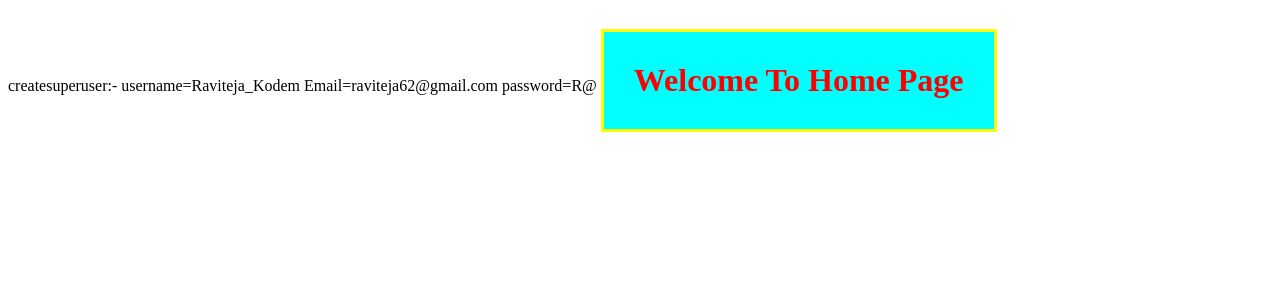
Repository: Raviteja6671/Django
Page: http://localhost/home/
The author's editor kept a copy of each file at every save. The page is drawn from the files as they stood at one save, then again after a run of saves.
The browser window is 1280 px wide. The pictures show the whole page.
The page is served by the project's application, run on Django 5.2 (myProject/manage.py). Other server files are loaded and not shown.

Above is the page before, as saved 2025-12-07 19:52:28.

### myProject/basic/templates/home.html
<!DOCTYPE html>
<html lang="en">
<head>
    <meta charset="UTF-8">
    <meta name="viewport" content="width=device-width, initial-scale=1.0">
    <title>Document</title>
    <style>
        h1{
            background-color: aqua;
            color: red;
            border: 3px solid yellow;
            display: inline-block;
            padding: 30px;
        }
    </style>
    createsuperuser:-
    username=Raviteja_Kodem
    Email=raviteja62@gmail.com
    password=R@
</head>
<body>
    <h1>Welcome To Home Page</h1>
</body>
</html>

### myProject/basic/middleware.py
from django.http import JsonResponse
import re
import json
import jwt
from django.conf import settings

class BasicMiddleware:
    def __init__(self,get_response):
        self.get_response = get_response

    def __call__(self,request):
        print(request,"hello")
        if(request.path=="/student/"):
            print(request.method,"method")
            print(request.path)
        response=self.get_response(request)
        return response

# class signupMiddleware:
#     def __init__(self,get_response):
#         self.get_response = get_response
#     def __call__(self, request):
#         data = json.loads(request.body)
#         username=data.get('username')
#         email=data.get("email")
#         dob=data.get("dob")
#         password=data.get("pswd")


class basicMiddleware:
    def __init__(self, get_response):
        self.get_response = get_response
        # Define the list of specific URLs to monitor
        self.target_urls = [
            "/add_stu/",
            "/students/",
            "/student/",
            "/health/",
        ]

    def __call__(self, request):
        path = request.path
        print(f"Incoming request → {path}")

        if path in self.target_urls or path.startswith("/student/"):
            print("Middleware is Active for this URL")
            print(f"Method Used → {request.method}")
            print(f"Full Path → {path}")

            # Exp1 Block POST requests for testing
            if path == "/add_stu/" and request.method == "POST":
                print("⚠️ POST request detected on /add_stu/")

            # Exp2 Print user-agent header
            user_agent = request.META.get("HTTP_USER_AGENT", "Unknown")
            print(f"User-Agent: {user_agent}")

        response = self.get_response(request)

        #Exp3 Post-response actions
        if path.startswith("/students/"):
            print("Response successfully returned for student_related URL")

        return response


# 17/11/2025 class task

class SscMiddleware:
    def __init__(self, get_response):
        self.get_response = get_response
    def __call__(self, request):
        if request.path in ["/job1/", "/job2/"]:
            ssc_result = request.GET.get("ssc", "False")
            if ssc_result != "True":
                return JsonResponse({"error": "you should qualify atleast SSC for applying this job"},status=400)
        return self.get_response(request)


class MedicalMiddleware:
    def __init__(self, get_response):
        self.get_response = get_response
    def __call__(self, request):
        if request.path == "/job1/":
            medical_fit_result = request.GET.get("medically_fit", "False")
            if medical_fit_result != "True":
                return JsonResponse(
                    {"error": "your not Medically fit to apply for this job role"},
                    status=400)
        return self.get_response(request)


class AgeMiddleware:
    def __init__(self, get_response):
        self.get_response = get_response
    def __call__(self, request):
        if request.path in ["/job1/", "/job2/"]:
            age = int(request.GET.get("age", 17))
            if age < 18 or age > 25:
                return JsonResponse(
                    {"error": "age must be in between 18 too 25"},
                    status=400)
        return self.get_response(request)





#18/11/2025 class task


class UsernameMiddleware:
    def __init__(self, get_response):
        self.get_response = get_response

    def __call__(self, request):
        if request.path == "/signup/" and request.method == "POST":
            # Read JSON only once
            if not hasattr(request, "json_data"):
                try:
                    request.json_data = json.loads(request.body)
                except:
                    return JsonResponse({"error": "Invalid JSON"}, status=400)
            data = request.json_data
            username = data.get("username", "")
            if not username:
                return JsonResponse({"error": "Username is Required"}, status=400)
            if len(username) < 3 or len(username) > 20:
                return JsonResponse({"error": "Username must be 3 to 20 characters"}, status=400)
            if username[0] in "._" or username[-1] in "._":
                return JsonResponse({"error": "Username cannot start or end with . or _"}, status=400)
            if not re.match(r"^[a-zA-Z0-9._]+$", username):
                return JsonResponse({"error": "Username can contain letters, numbers, . and _ only"}, status=400)
            if ".." in username or "__" in username:
                return JsonResponse({"error": "Username cannot have double dots or double underscores"}, status=400)
        return self.get_response(request)


class EmailMiddleware:
    def __init__(self, get_response):
        self.get_response = get_response

    def __call__(self, request):
        if request.path == "/signup/" and request.method == "POST":
            if not hasattr(request, "json_data"):
                try:
                    request.json_data = json.loads(request.body)
                except:
                    return JsonResponse({"error": "Invalid JSON"}, status=400)
            data = request.json_data
            email = data.get("email", "")
            email_regex = r"^[a-zA-Z0-9._%+-]+@[a-zA-Z0-9.-]+\.[a-zA-Z]{2,}$"
            if not email:
                return JsonResponse({"error": "Email is required"}, status=400)
            if not re.match(email_regex, email):
                return JsonResponse({"error": "Invalid Email format"}, status=400)
        return self.get_response(request)


class PasswordMiddleware:
    def __init__(self, get_response):
        self.get_response = get_response

    def __call__(self, request):
        if request.path == "/signup/" and request.method == "POST":
            if not hasattr(request, "json_data"):
                try:
                    request.json_data = json.loads(request.body)
                except:
                    return JsonResponse({"error": "Invalid JSON"}, status=400)
            data = request.json_data
            password = data.get("password", "")
            password_regex = r"^(?=.*[a-z])(?=.*[A-Z])(?=.*\d)(?=.*[@$!%*#?&._])[A-Za-z\d@$!%*#?&._]{8,}$"
            if not password:
                return JsonResponse({"error": "Password is required"}, status=400)
            if not re.match(password_regex, password):
                return JsonResponse({
                    "error": "Password must contain 8+ characters, uppercase, lowercase, digit, special char"
                }, status=400)
        return self.get_response(request)


class authenticate_middleware():
    def __init__(self,get_response):
        self.get_response  = get_response
    def __call__(self, request):
        if request.path=="/getallusers/":
            token=request.headers.get("Authorization")
            print(token,"token") # prints the bearer <token>
            if not token:
                return JsonResponse({"error":"Authorization token Missing"},status=400)
            token_value=token.split(" ")[1]
            print(token_value,"token_value") # prints ['bearer','<token>']
            try:
                decode_data = jwt.decode(token_value, settings.SECRET_KEY, algorithms=["HS256"])
                print(decode_data,"decoded_data")
                request.token_data = decode_data
            except jwt.ExpiredSignatureError:
                return JsonResponse({"Error":"Token has expired, Please login again"},status=401)
            except jwt.exceptions.InvalidSignatureError:
                return JsonResponse({"error":"invalid token signature"},status=401)

        return self.get_response(request)

### myProject/basic/views.py
from django.shortcuts import render
import json
from django.http import HttpResponse
from django.http import JsonResponse
from django.db import connection
from django.views.decorators.csrf import csrf_exempt
from basic.models import student
from basic.models import Users
from django.conf import settings
import jwt
from datetime import datetime,timedelta
from zoneinfo import ZoneInfo
from django.contrib.auth.hashers import make_password,check_password

# Create your views here.

def sample(request):
    return HttpResponse('hello world')

def sample1(request):
    return HttpResponse('WelCome to Django')

def sampleInfo(request):
    data={"name":"raviteja","age":"22","city":"hyd"}
    # data=[4,6,8]
    return JsonResponse(data)

def dynamicResponse(request):
    name=request.GET.get("name"," Raviteja")
    city=request.GET.get("city","Hyderabad")
    return HttpResponse(f"Hello {name} From {city} !")

def add(request):
    a = int(request.GET.get('a', 8))
    b = int(request.GET.get('b', 9))
    return HttpResponse(f"Addition: {a + b}")

def sub(request):
    a = int(request.GET.get('a', 12))
    b = int(request.GET.get('b', 5))
    return HttpResponse(f"Subtraction: {a - b}")

def mul(request):
    a = int(request.GET.get('a', 18))
    b = int(request.GET.get('b', 4))
    return HttpResponse(f"Multiplication: {a * b}")

def div(request):
    a = int(request.GET.get('a', 8))
    b = int(request.GET.get('b', 6))  # Avoid division by zero default
    try:
        result = a / b
    except ZeroDivisionError:
        return HttpResponse("Error: Division by zero")
    return HttpResponse(f"Division: {result}")

# Health check endpoint
def health(request):
    try:
        with connection.cursor() as c:
            c.execute("SELECT 1")
        return JsonResponse({"status": "ok", "db": "connected"})
    except Exception as e:
        return JsonResponse({"status": "error", "db": str(e)})



# POST - Create new student
@csrf_exempt
def add_student(request):
    print(request.method)
    if request.method == "POST":
        data = json.loads(request.body)
        email = data.get("email")
        # Check if email already exists
        if student.objects.filter(email=email).exists():
            return JsonResponse({"error": "Email already exists"}, status=400)
        # Create new student
        stu = student.objects.create(
            name=data.get("name"),
            age=data.get("age"),
            email=email
        )
        return JsonResponse({"status": "success", "id": stu.id}, status=201)

# GET - Retrieve all students
    elif request.method == "GET":
        result = list(student.objects.values())
        return JsonResponse({"status": "success", "data": result}, status=200)

# DELETE - Delete student by ID
    elif request.method == "DELETE":
        data = json.loads(request.body)
        ref_id = data.get("id")
        try:
            deleting_data = student.objects.filter(id=ref_id).values().first()
            if not deleting_data:
                return JsonResponse({"error": "Student not found"}, status=404)
            student.objects.get(id=ref_id).delete()
            return JsonResponse({
                "status": "deleted",
                "deleted_data": deleting_data
            }, status=200)
        except student.DoesNotExist:
            return JsonResponse({"error": "Student not found"}, status=404)

# PUT - Full update (update all fields)
    elif request.method == "PUT":
        data = json.loads(request.body)
        ref_id = data.get("id")
        try:
            stu = student.objects.get(id=ref_id)
        except student.DoesNotExist:
            return JsonResponse({'error': "Student not found"}, status=404)
        # Check if new email already exists
        new_email = data.get("email")
        if student.objects.filter(email=new_email).exclude(id=ref_id).exists():
            return JsonResponse({"error": "Email already exists"}, status=400)
        stu.name = data.get("name", stu.name)
        stu.age = data.get("age", stu.age)
        stu.email = data.get("email", stu.email)
        stu.save()
        updated_data = student.objects.filter(id=ref_id).values().first()
        return JsonResponse({"status": "full update success", "updated_data": updated_data}, status=200)

# PATCH - Partial update (only update specific fields)
    elif request.method == "PATCH":
        data = json.loads(request.body)
        ref_id = data.get("id")
        try:
            stu = student.objects.get(id=ref_id)
        except student.DoesNotExist:
            return JsonResponse({'error': "Student not found"}, status=404)
        # Update only fields provided in the request
        if "name" in data:
            stu.name = data["name"]
        if "age" in data:
            stu.age = data["age"]
        if "email" in data:
            new_email = data["email"]
            # Check if email already exists
            if student.objects.filter(email=new_email).exclude(id=ref_id).exists():
                return JsonResponse({"error": "Email already exists"}, status=400)
            stu.email = new_email
        stu.save()
        updated_data = student.objects.filter(id=ref_id).values().first()
        return JsonResponse({"status": "partial update success", "updated_data": updated_data}, status=200)

    return JsonResponse({'error': "Unsupported method"}, status=405)



# 11/11/2025 task operations

def get_all_students(request):
    students = student.objects.all()
    data = list(students.values())
    return JsonResponse(data, safe=False)

def get_student_by_id(request, id):
    try:
        s = student.objects.get(id=id)
        data = {'id': s.id, 'name': s.name, 'age': s.age, 'email': s.email}
        return JsonResponse(data)
    except student.DoesNotExist:
        return JsonResponse({'error': 'Student not found'}, status=404)

def filter_students_age_gte_20(request):
    students = student.objects.filter(age__gte=20)
    data = list(students.values())
    return JsonResponse(data, safe=False)

def filter_students_age_lte_25(request):
    students = student.objects.filter(age__lte=25)
    data = list(students.values())
    return JsonResponse(data, safe=False)

def get_unique_ages(request):
    ages = student.objects.values_list('age', flat=True).distinct()
    return JsonResponse(list(ages), safe=False)

def count_total_students(request):
    total = student.objects.count()
    return JsonResponse({'total_students': total})


def job1(request):
    return JsonResponse({"message":"You have successfully applied for job1"},status=200)

def job2(request):
    return JsonResponse({"Message":"you have successfully applied for job2"},status=200)



# 18/11/2025 class

@csrf_exempt               #POST OPERATION
def signUp(request):
    if request.method == "POST":
        data = request.json_data   # <-- use this

        username = data.get("username")
        email = data.get("email")
        password =make_password(data.get("password"))

        if not username or not email or not password:
            return JsonResponse({"Message": "All fields are required"}, status=400)

        user = Users.objects.create(
            username=username,
            email=email,
            password=password
        )

        return JsonResponse({"Message": "User Registered", "id": user.id}, status=200)

    return JsonResponse({"Message": "Invalid Request Method"}, status=405)


@csrf_exempt                              # GET OPERATION
def getUsers(request):
    if request.method == "GET":
        users = Users.objects.all()

        data = []
        for user in users:
            data.append({
                "id": user.id,
                "username": user.username,
                "email": user.email,
                "password": user.password   # If you want to hide password, tell me
            })

        return JsonResponse({"users": data}, status=200)

    return JsonResponse({"Message": "Invalid Request Method"}, status=405)



@csrf_exempt                            # DELETE OPERATION
def deleteUser(request, id):
    if request.method == "DELETE":
        try:
            user = Users.objects.get(id=id)
            user.delete()
            return JsonResponse({"Message": "User Deleted Successfully", "id": id}, status=200)
        except Users.DoesNotExist:
            return JsonResponse({"Message": "User Not Found"}, status=404)

    return JsonResponse({"Message": "Invalid Request Method"}, status=405)


# @csrf_exempt
# def login(request):
#     if request.method=="POST":
#         data=request.POST
#         print(data)
#         username=data.get('username')
#         password=data.get("password")
#         try:
#             user=Users.objects.get(username=username)
#             if check_password(password,user.password):
#                 token="a json web token"

#                 return JsonResponse({"status":"successfully Loggedin","token":token},status=200)
#             else:
#                 return JsonResponse({"status":"failure","message":"invalid password"},status=400)
#         except Users.DoesNotExist:
#             return JsonResponse({"status":"failure","message":"user not found"},status=400)

@csrf_exempt
def login(request):
    if request.method == "POST":
        data = request.POST
        username = data.get("username")
        password = data.get("password")

        try:
            user = Users.objects.get(username=username)
            issued_time=datetime.now(ZoneInfo("Asia/Kolkata"))
            expired_time=issued_time+timedelta(minutes=50)
            if password == user.password:
                # token="a json web token"
                payload = {
                    "username": user.username,
                    "email": user.email,
                    "id": user.id,
                    "exp":expired_time
                }
                #creating jwt token
                token = jwt.encode(payload, settings.SECRET_KEY, algorithm="HS256")
                return JsonResponse({"status": "successfully Loggedin", "token": token,"issued_at":issued_time,"Token_expired_at":expired_time,"Token_expires_in-Minitues_is":int((expired_time-issued_time).total_seconds()/60)}, status=200)
            else:
                return JsonResponse({"status": "failure", "message": "invalid password"}, status=400)
        except Users.DoesNotExist:
            return JsonResponse({"status": "failure", "message": "user not found"}, status=400)



@csrf_exempt
def check(request):
    hashed="pbkdf2_sha256$1000000$oWRnje0wvfd1GDEWVxl1cH$ISOcbGnboV91VHZ9hLKmh+kOIwxLHACntmEfaRKMd+4="
    ipdata=request.POST
    print(ipdata)
    #hashed=make_password(ipdata.get('ip'))
    x=check_password(ipdata.get("ip"),hashed)
    print(x)
    return JsonResponse({"status":"success","data":x},status=200)


@csrf_exempt
def getAllUsers(request):
    if request.method == "GET":
        users = list(Users.objects.values())
        print(request.token_data, "token_data in view")
        print(request.token_data.get("username"), "username from token")
        print(users, "users list")
        token_username = request.token_data.get("username")
        usernames = [u["username"] for u in users]
        if token_username not in usernames:
            return JsonResponse({"error": "unauthorized access"}, status=401)
        return JsonResponse({"status": "success", "data": users}, status=200)

    return JsonResponse({"status": "failed", "message": "Only GET method allowed"}, status=400)


def home(request):
    return render(request,'home.html')

def aboutus(request):
    return render(request,'aboutus.html')

### myProject/myProject/urls.py
"""
URL configuration for myProject project.

The `urlpatterns` list routes URLs to views. For more information please see:
    https://docs.djangoproject.com/en/5.1/topics/http/urls/
Examples:
Function views
    1. Add an import:  from my_app import views
    2. Add a URL to urlpatterns:  path('', views.home, name='home')
Class-based views
    1. Add an import:  from other_app.views import Home
    2. Add a URL to urlpatterns:  path('', Home.as_view(), name='home')
Including another URLconf
    1. Import the include() function: from django.urls import include, path
    2. Add a URL to urlpatterns:  path('blog/', include('blog.urls'))
"""
from django.contrib import admin
from django.urls import path
from basic.views import sample
from basic.views import sample1
from basic.views import sampleInfo
from basic.views import dynamicResponse
from basic.views import add, sub, mul, div, health, add_student, check, login, getAllUsers, home, aboutus
from basic.views import get_all_students, get_student_by_id, filter_students_age_gte_20,  filter_students_age_lte_25, get_unique_ages, count_total_students
from basic.views import job1,job2,signUp
from basic import views

urlpatterns = [
    path('admin/', admin.site.urls),
    path('greet/',sample),
    path('53r54r/',sample1),
    path('info/',sampleInfo),
    path('name/',dynamicResponse),
    path('add/', add),
    path('sub/', sub),
    path('mul/', mul),
    path('div/', div),
    path('health/',health),
    path('add_stu/',add_student),
    path('job1/',job1),
    path('job2/',job2),
    path('check/',check),
    path('login/',login),
    path('getallusers/',getAllUsers),
    path("signup/", views.signUp),
    path("get-users/", views.getUsers),
    path("delete-user/<int:id>/", views.deleteUser),
    path('home/',home),
    path('aboutus/',aboutus),


    path('students/', get_all_students, name='get_all_students'),
    path('student/<int:id>/', get_student_by_id, name='get_student_by_id'),
    path('students/age_gte_20/', filter_students_age_gte_20, name='filter_students_age_gte_20'),
    path('students/age_lte_25/', filter_students_age_lte_25, name='filter_students_age_lte_25'),
    path('students/unique_ages/', get_unique_ages, name='get_unique_ages'),
    path('students/count/', count_total_students, name='count_total_students'),
]

After the next 4 saves:
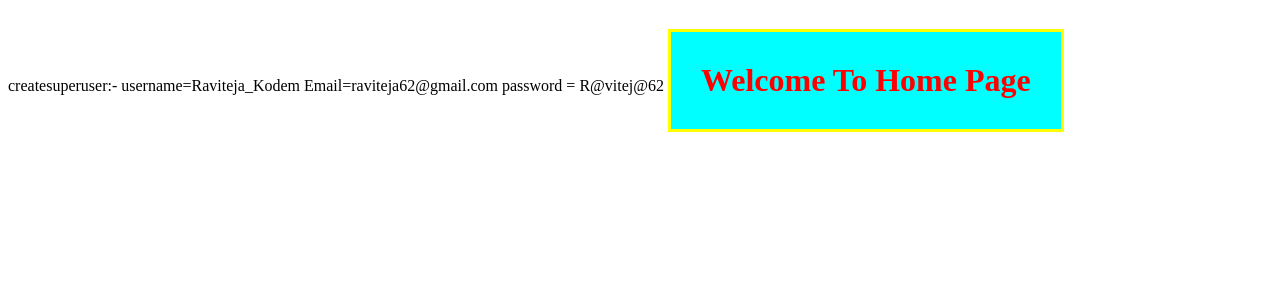
The 4 saves are shown as one change because they came seconds apart.
The last was saved 10 s later.
--- a/myProject/basic/templates/home.html
+++ b/myProject/basic/templates/home.html
@@ -16,7 +16,7 @@
     createsuperuser:-
     username=Raviteja_Kodem
     Email=raviteja62@gmail.com
-    password=R@
+    password = R@vitej@62
 </head>
 <body>
     <h1>Welcome To Home Page</h1>
